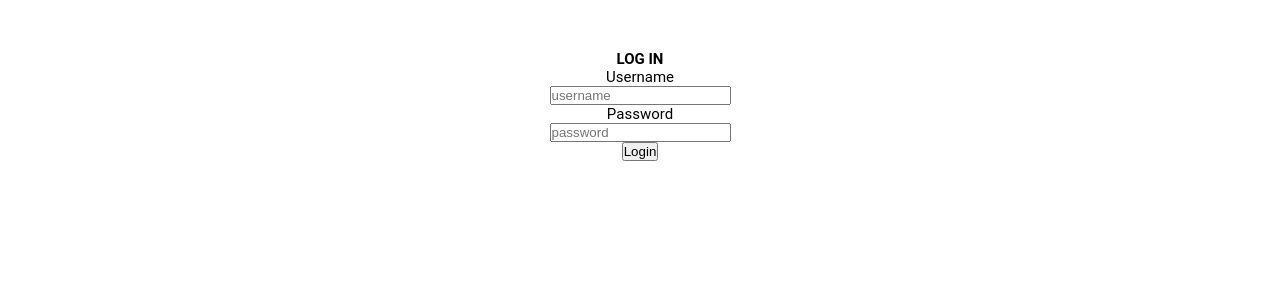
Repository: huyna1707/learning-git
Page: index.html
An editor plug-in stored every save of this project. The page is shown before and after the next save, followed by the edit.
The browser window is 1280 px wide. The pictures show the whole page.

Above is the page before, as saved 2024-08-09 23:12:34.

### index.html
<!DOCTYPE html>
<html>
<head>
    <title>Form Login</title>
    <link rel="stylesheet" href="style.css">
    <script defer src="main.js"></script>
</head>
<body>
    <form action="menu">
        <h4>LOG IN</h4>
        <label for="username">Username</label>
        <input type="text" placeholder="username" id="username">
        <label for="passworld">Password</label>
        <input type="password" placeholder="password" id="password">
        <button type="submit" onclick="login">Login</button>
    </form>
</body>
</html>

### style.css
*{
    margin: 0;
    padding: 0;
    box-sizing: border-box;
}

html{
    font-size: 15px;
    font-family: 'Roboto', sans-serif;
}

form{
    display: flex;
    flex-direction: column;
    justify-content: center;
    align-items: center;
    margin-top: 50px;
    border: ;
}

### main.js
// window.prompt('What is your name?');

After the next save:
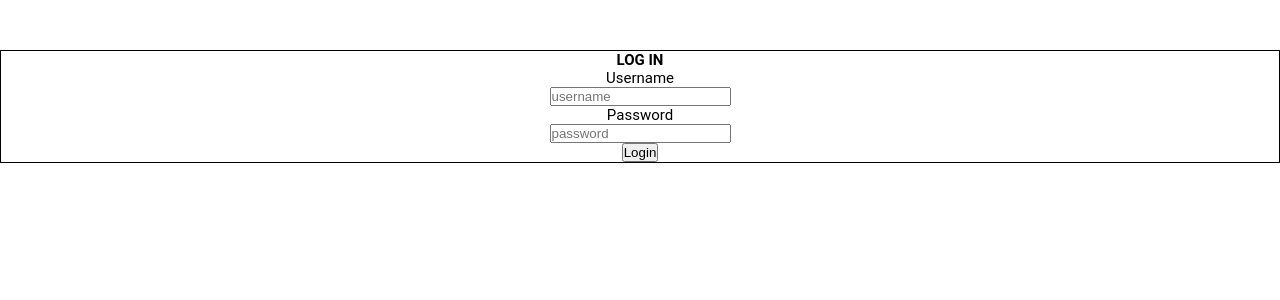
Saved 6 s later.
--- a/style.css
+++ b/style.css
@@ -15,5 +15,5 @@ form{
     justify-content: center;
     align-items: center;
     margin-top: 50px;
-    border: ;
+    border: 1px solid black;
 }
